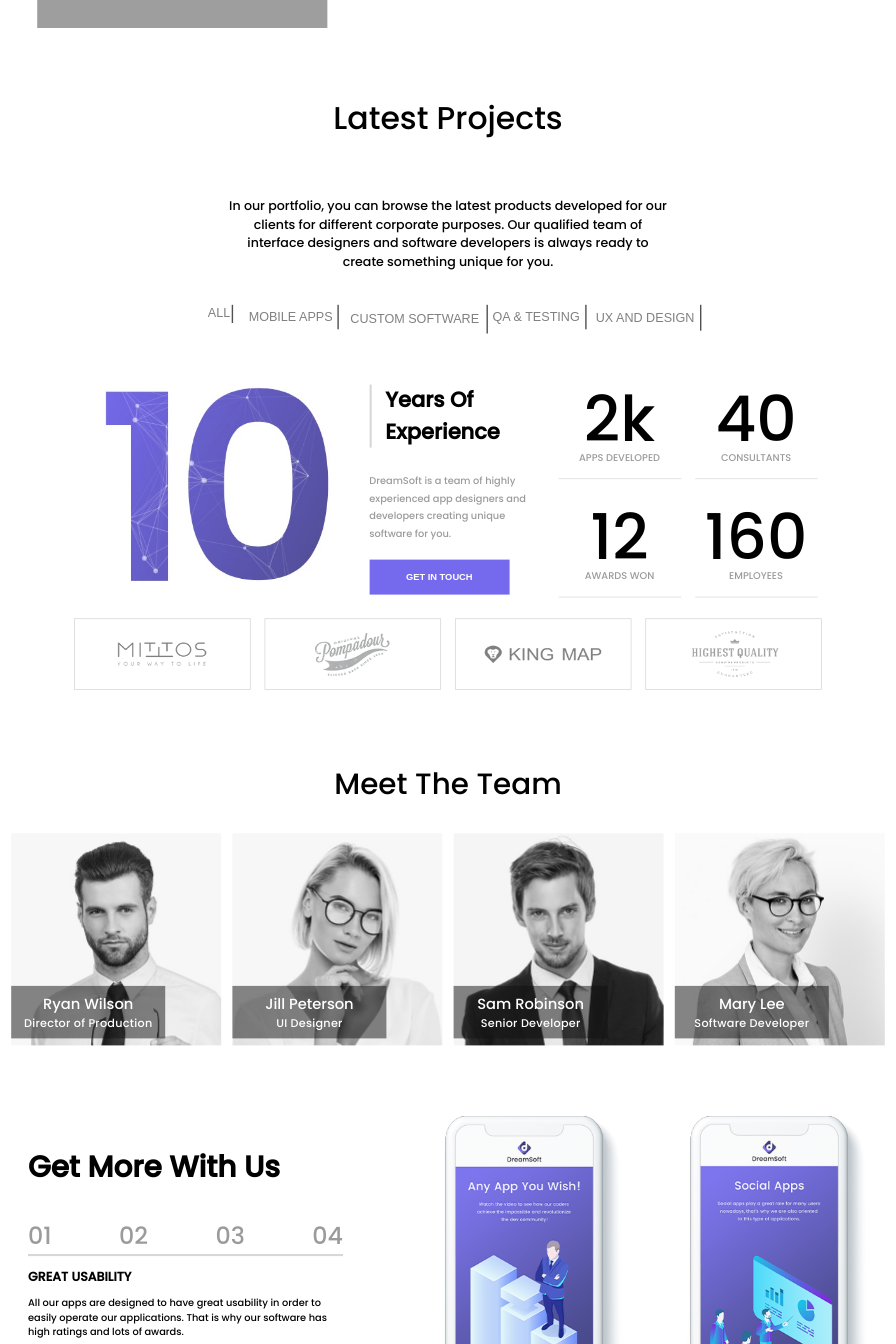
Repository: kkyler24/ladders-bootcamp-awesome
Page: index.html
These files come from the project's save history. The page is drawn as it stood at one moment and after the next save; the edit follows.
The browser window is 1280 px wide. The pictures show the part of the page from y = 1299 to 3219 px (the page is 6217 px tall before and 6182 px after), at 70% of full size.
Pictures or frames that could not be fetched are drawn as grey boxes.

Above is the page before, as saved 2021-03-20 10:43:44.

After the next save:
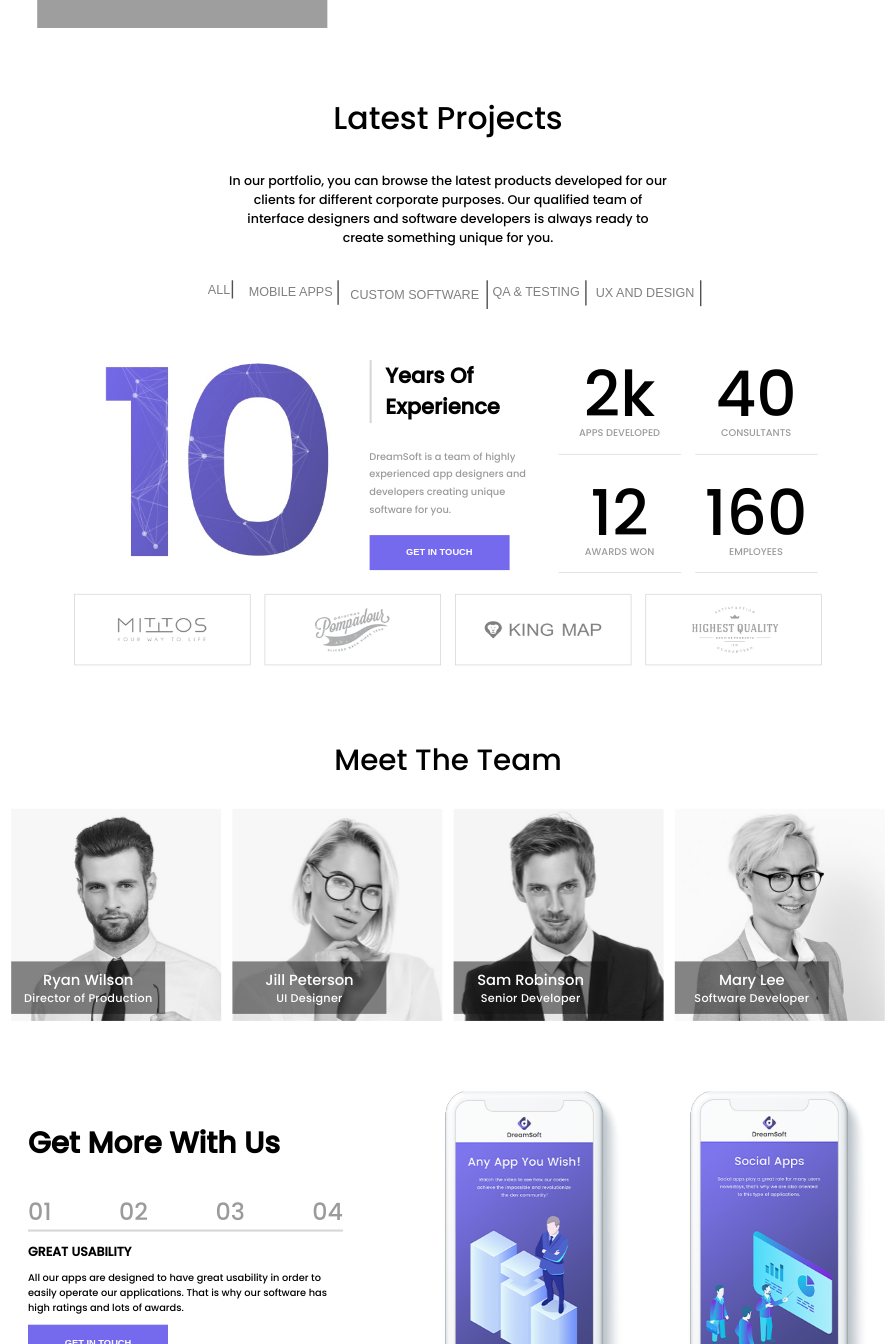
Saved 19 s later.
--- a/kstyle.css
+++ b/kstyle.css
@@ -106,7 +106,7 @@ ul.li.a {
   font-size: 45px;
   font-weight: lighter;
   margin-top: 3%;
-  margin-bottom: 3%;
+  margin-bottom: .25%;
 }
 
 #latestRow{
